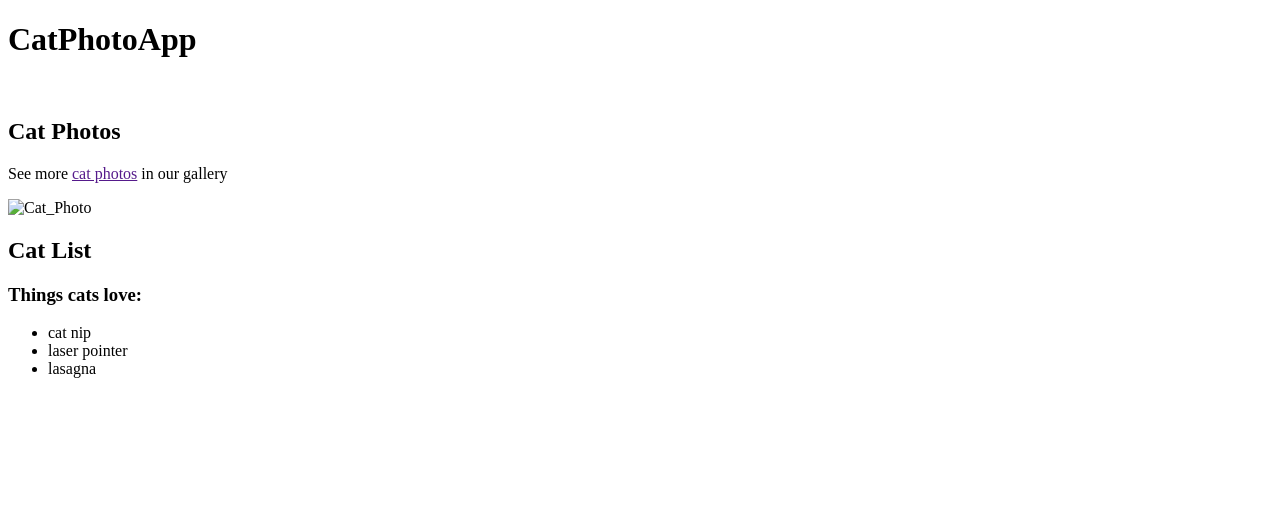
Repository: Lungdjos/cat_photo_app
Page: cat_photo_app/index.html
These files come from the project's save history. The page is drawn as it stood at one moment and after the next save; the edit follows.
The browser window is 1280 px wide. The pictures show the whole page.

Above is the page before, as saved 2023-08-29 17:37:59.

After the next save:
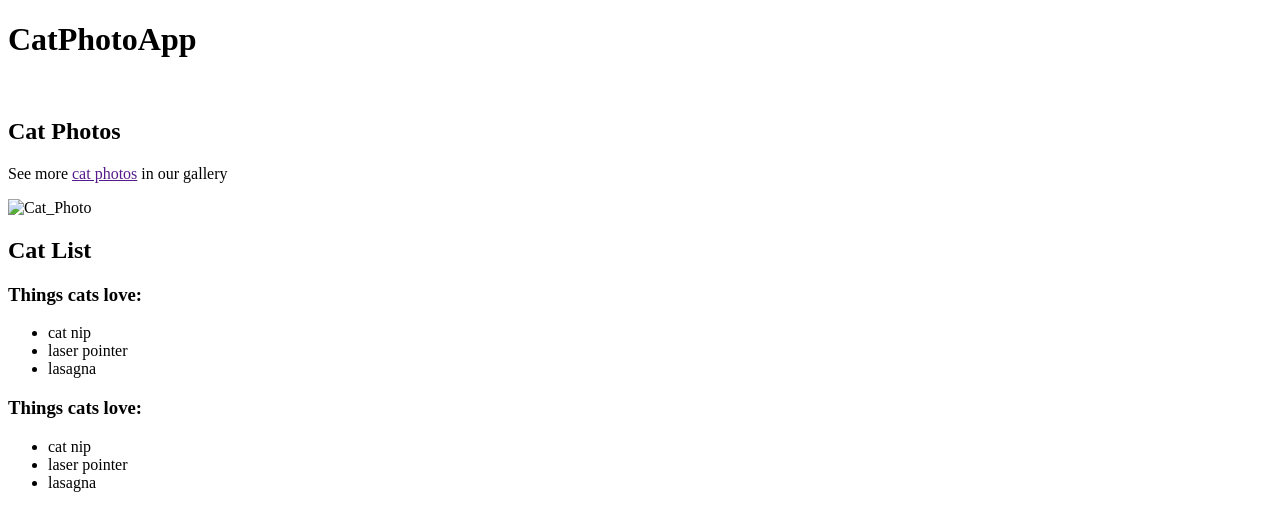
Saved 9 s later.
--- a/cat_photo_app/index.html
+++ b/cat_photo_app/index.html
@@ -22,6 +22,12 @@
         <li>laser pointer</li>
         <li>lasagna</li>
     </ul>
+    <h3>Things cats love:</h3>
+    <ul>
+        <li>cat nip</li>
+        <li>laser pointer</li>
+        <li>lasagna</li>
+    </ul>
 </body>
 
 </html>
